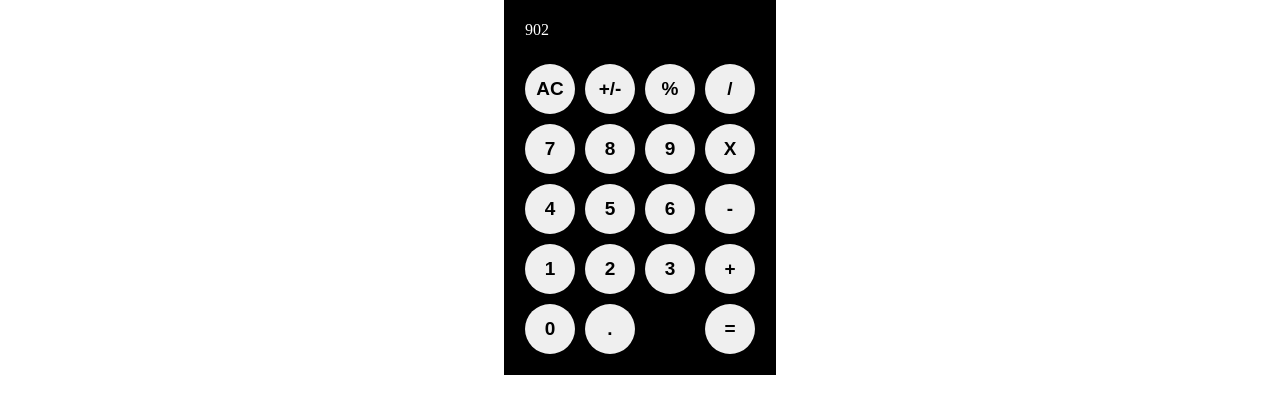
Repository: dmpelaez/calculator
Page: Calculator.html
An editor plug-in stored every save of this project. The page is shown before and after the next save, followed by the edit.
The browser window is 1280 px wide. The pictures show the whole page.

Above is the page before, as saved 2025-12-15 20:01:54.

After the next save:
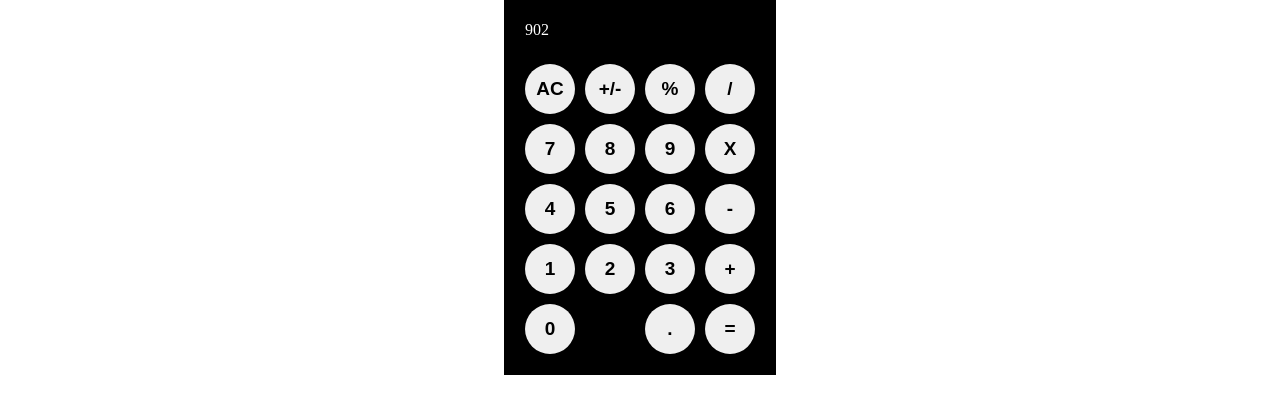
Saved 16 s later.
--- a/Calculator.css
+++ b/Calculator.css
@@ -39,6 +39,9 @@ background: black;
 .equal {
   grid-column: 4
 }
+.dot {
+  grid-column: 3
+}
 .zero {
   grid-column: 1
 }
